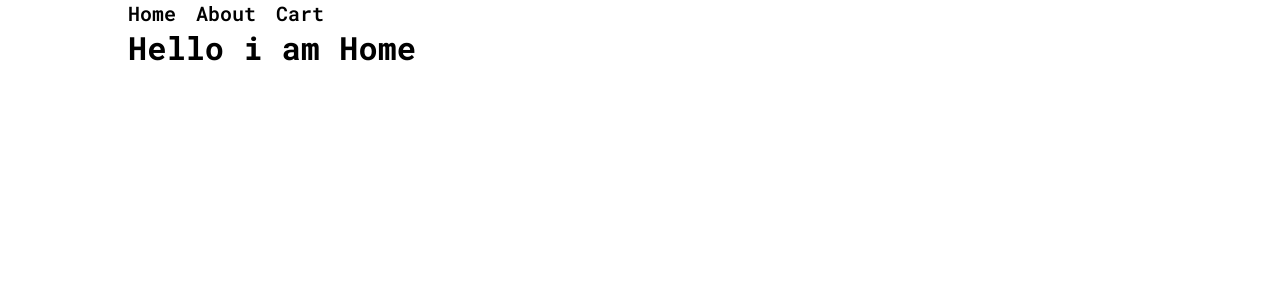
Repository: tuankiet10920/vuejs
Page: /
The author's editor kept a copy of each file at every save. The page is drawn from the files as they stood at one save, then again after the next save.
The browser window is 1280 px wide. The pictures show the whole page.
The project was rebuilt for these pictures with package versions that can differ from the ones it lists, and the page was loaded fresh each time. Also part of the build but not shown: vite.config.js.

Above is the page before, as saved 2024-08-24 11:30:58.

After the next save:
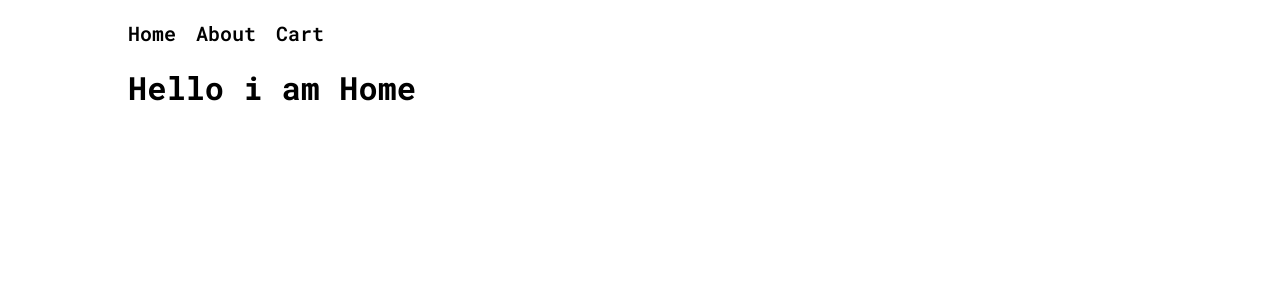
Saved 28 s later.
--- a/src/components/header.vue
+++ b/src/components/header.vue
@@ -23,6 +23,7 @@ export default {
 <style>
 .header {
     width: 100%;
+    padding: 20px 0px;
 }
 
 .header ul {
